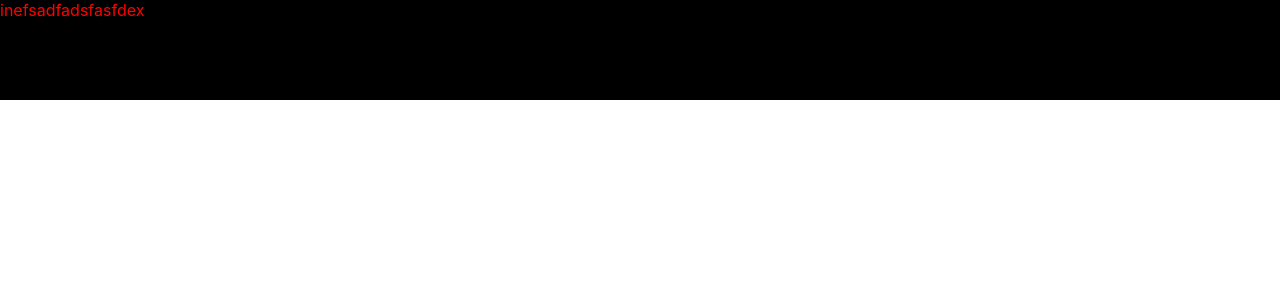
Repository: 0hasandemirtas/react-odev
Page: /
These files come from the project's save history. The page is drawn as it stood at one moment and after the next save; the edit follows.
The browser window is 1280 px wide. The pictures show the whole page.
The project was rebuilt for these pictures with package versions that can differ from the ones it lists, and the page was loaded fresh each time.

Above is the page before, as saved 2024-06-12 22:44:16.

### src/App.js

import './App.css';
import Header from "./components/header";

function App() {
  return (
    <div className="App">

     <Header/>
    </div>
  );
}

export default App;

### src/components/header/index.js
import React from 'react'
import useStyles from './stylesheet'


const Header = ()=>{
  const classes = useStyles();
  return (
    <div className={classes.container}>inefsadfadsfasfdex</div>
  )
}

export default Header

### src/components/header/stylesheet.js
import {
    createUseStyles
} from "react-jss";

const useStyles = createUseStyles({
    container:{
        display:"flex",
        width:"100%",
        height:"100px",
        backgroundColor:"black",
        color:"red"
    },
    contentContainer:{
        display:"flex",
        justifyContent:"space-between",
        width:"100%"
    }
},
{
    name: "header-component"
});

export default useStyles;

Loaded but not shown: public/index.html (common file); src/index.js (common file); src/index.css (common file); src/App.css (common file)

After the next save:
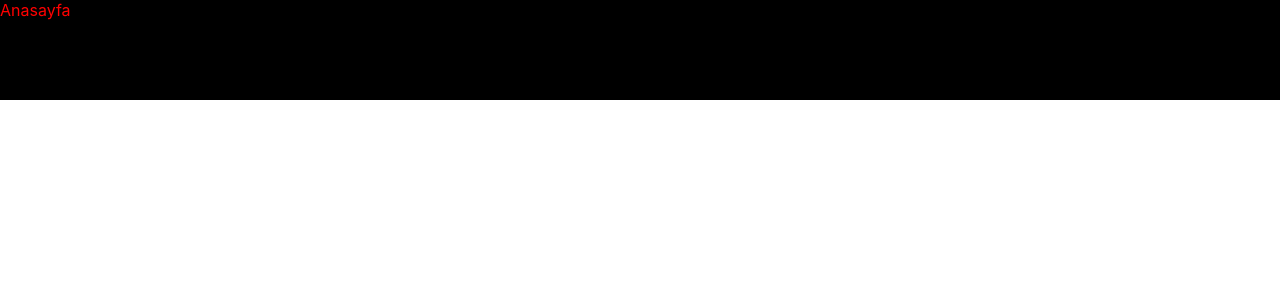
Saved 21 min 56 s later.
--- a/src/components/header/index.js
+++ b/src/components/header/index.js
@@ -5,7 +5,9 @@ import useStyles from './stylesheet'
 const Header = ()=>{
   const classes = useStyles();
   return (
-    <div className={classes.container}>inefsadfadsfasfdex</div>
+    <div className={classes.container}>
+      <a>Anasayfa</a>
+    </div>
   )
 }
 
